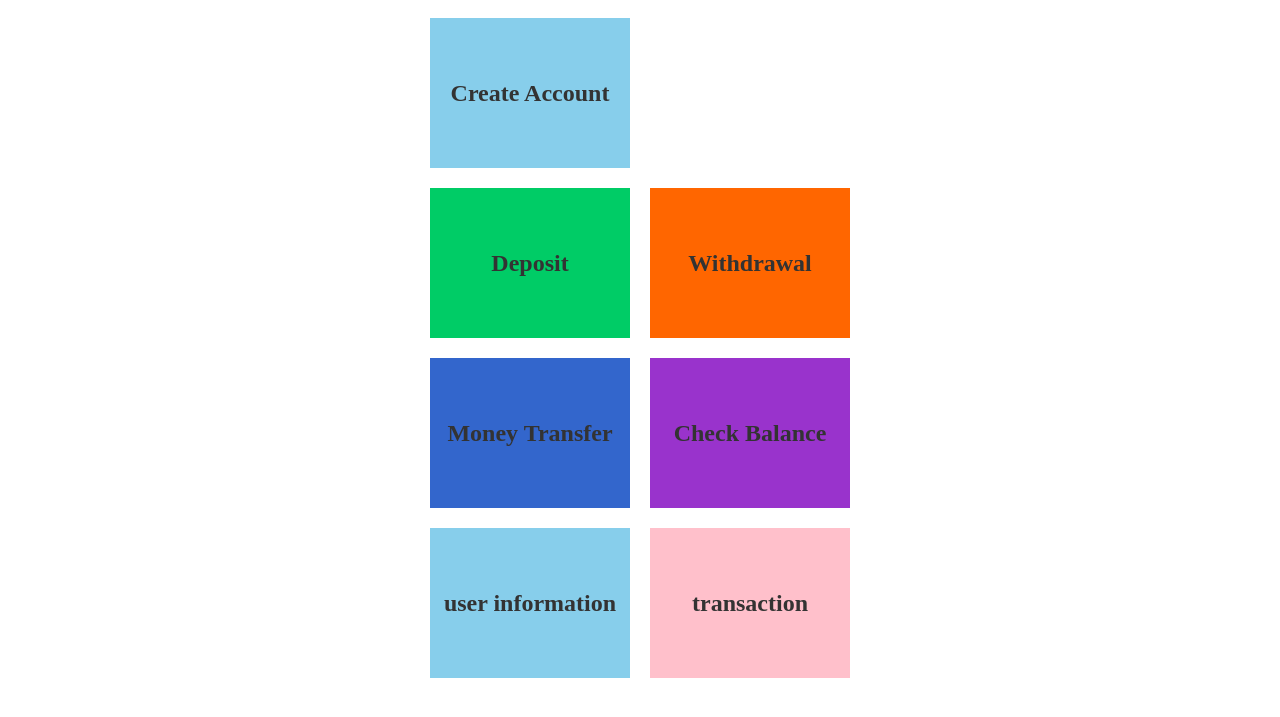
Repository: HT13M19/kuldeep
Page: GGGG/Demo2/src/main/webapp/midden.html
The author's editor kept a copy of each file at every save. The page is drawn from the files as they stood at one save, then again after the next save.
The browser window is 1280 px wide. The pictures show the whole page.

Above is the page before, as saved 2023-09-22 16:33:30.

After the next save:
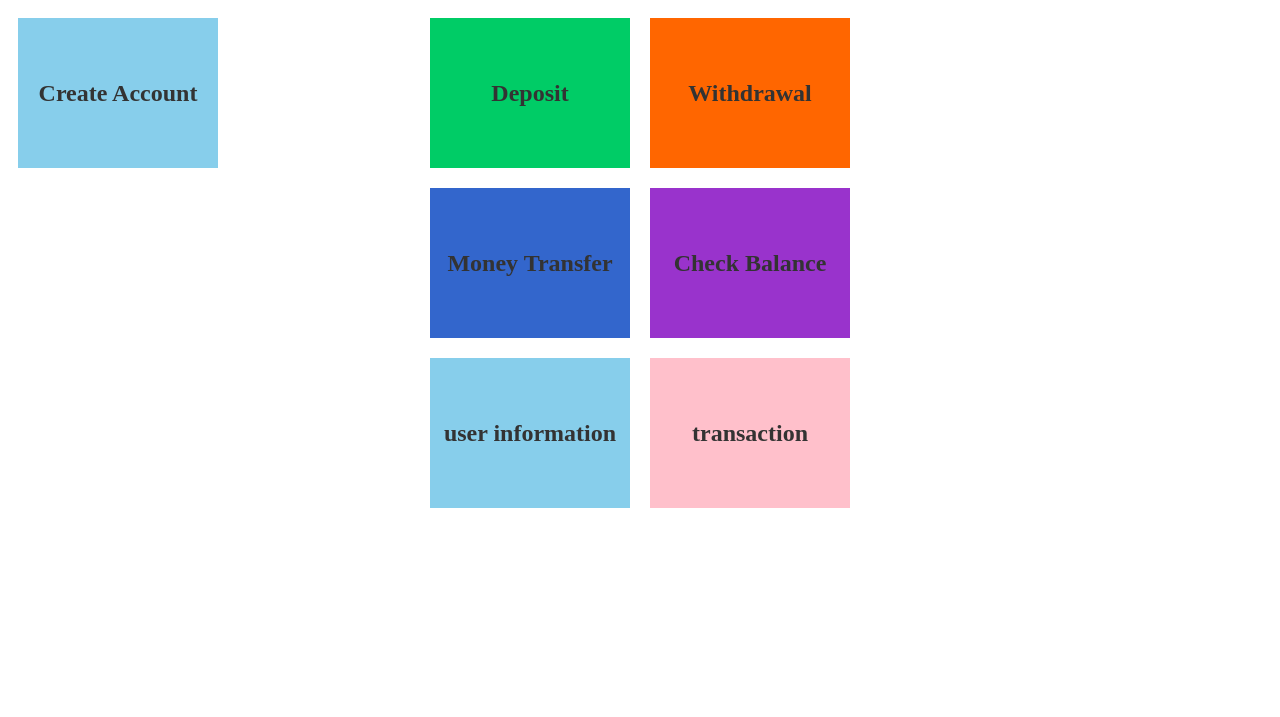
Saved 6 min 20 s later.
--- a/GGGG/Demo2/src/main/webapp/midden.html
+++ b/GGGG/Demo2/src/main/webapp/midden.html
@@ -43,7 +43,7 @@
 	</style>
 </head>
 <body>
-	<div class="container">
+	<div class="Test-align">
 		<a href="CreateAccount.jsp" class="box User">Create Account</a>
 	</div>
 	<div class="container">
